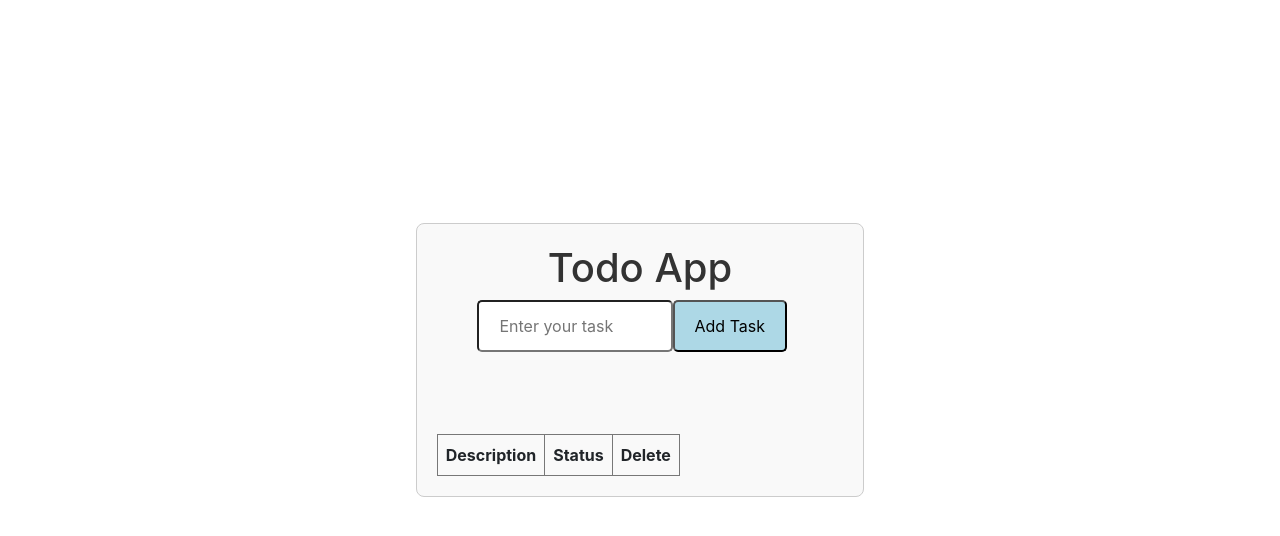
Repository: 12Arc/todoapp
Page: / (app in client/)
An editor plug-in stored every save of this project. The page is shown before and after the next save, followed by the edit.
The browser window is 1280 px wide. The pictures show the whole page.
The page's requests for data from a server got no answer. Some web libraries are served in a nearby version. The project was rebuilt for these pictures with package versions that can differ from the ones it lists, and the page was loaded fresh each time. No one was signed in, and anything a server would have sent is missing.

Above is the page before, as saved 2024-05-14 00:28:47.

After the next save:
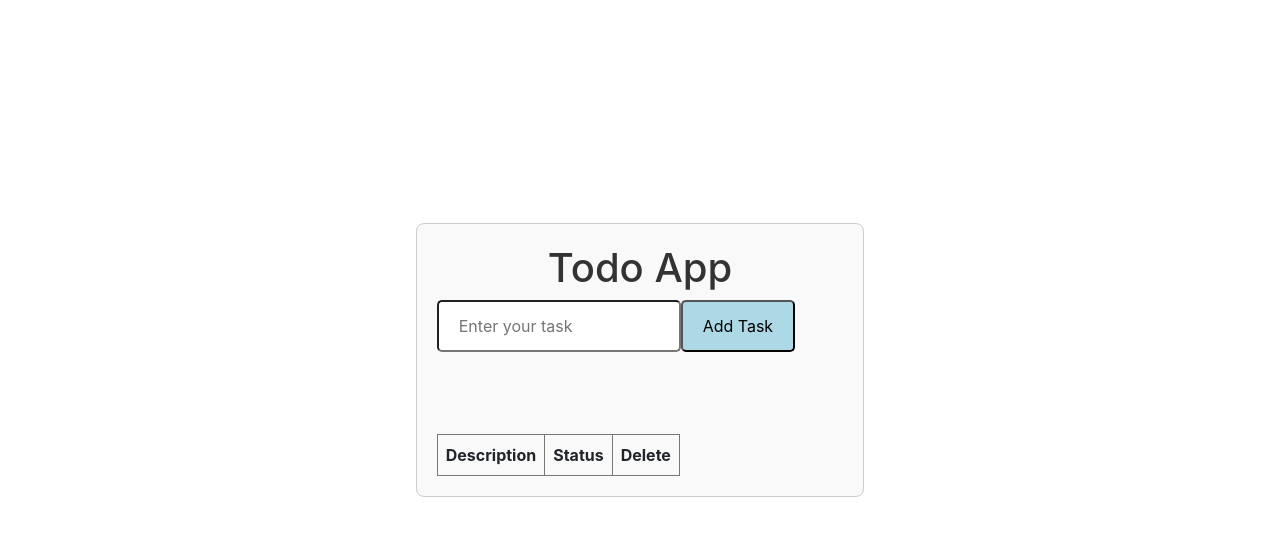
Saved 10 s later.
--- a/client/src/styles.css
+++ b/client/src/styles.css
@@ -11,7 +11,7 @@
 
 /* Styles for the input container */
 .inputbox {
-  width: 80%; /* Adjust based on preference, e.g., 80% of the parent width */
+  width: 100%; /* Adjust based on preference, e.g., 80% of the parent width */
   display: flex;
   margin-bottom: 20%;
 
